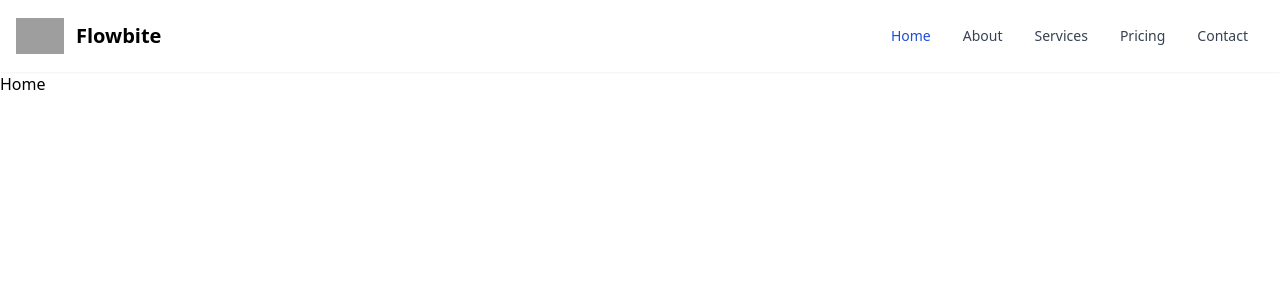
Repository: ducanhaep/react-ts-shopping-cart
Page: /
An editor plug-in stored every save of this project. The page is shown before and after the next save, followed by the edit.
The browser window is 1280 px wide. The pictures show the whole page.
Pictures or frames that could not be fetched are drawn as grey boxes. The project was rebuilt for these pictures with package versions that can differ from the ones it lists, and the page was loaded fresh each time. Also part of the build but not shown: vite.config.ts, src/pages/About.js, src/pages/Store.js.

Above is the page before, as saved 2023-01-11 17:04:16.

### src/App.tsx
import { Routes, Route } from "react-router-dom";
import { About } from "./pages/About";
import { Home } from "./pages/Home";
import { Store } from "./pages/Store";
import { Navbar } from "./components/Navbar";
function App() {
  return (
    <>
      <Navbar />
      <div className="container mb-4">
        <Routes>
          <Route path="/" element={<Home />} />
          <Route path="/store" element={<Store />} />
          <Route path="/about" element={<About />} />
        </Routes>
      </div>
    </>
  );
}

export default App;

### src/index.css
@tailwind base;
@tailwind components;
@tailwind utilities;
:root {
  font-synthesis: none;
  text-rendering: optimizeLegibility;
  -webkit-font-smoothing: antialiased;
  -moz-osx-font-smoothing: grayscale;
  -webkit-text-size-adjust: 100%;
}

/* Box sizing rules */
*,
*::before,
*::after {
  box-sizing: border-box;
}

/* Remove default margin */
body,
h1,
h2,
h3,
h4,
p,
figure,
blockquote,
dl,
dd {
  margin: 0;
}

/* Remove list styles on ul, ol elements with a list role, which suggests default styling will be removed */
ul[role="list"],
ol[role="list"] {
  list-style: none;
}

/* Set core root defaults */
html:focus-within {
  scroll-behavior: smooth;
}

/* Set core body defaults */
body {
  min-height: 100vh;
  text-rendering: optimizeSpeed;
  line-height: 1.5;
}

input,
button,
textarea,
select {
  font: inherit;
}

### src/components/Navbar.tsx
export function Navbar() {
  return (
    <div className=" shadow-sm">
      <nav className="containerbg-white border-gray-200 px-2 sm:px-4 py-2.5 rounded dark:bg-gray-900">
        <div className="container flex flex-wrap items-center justify-between mx-auto">
          <a href="https://flowbite.com/" className="flex items-center">
            <img
              src="https://flowbite.com/docs/images/logo.svg"
              className="h-6 mr-3 sm:h-9"
              alt="Flowbite Logo"
            />
            <span className="self-center text-xl font-semibold whitespace-nowrap dark:text-white">
              Flowbite
            </span>
          </a>
          <button
            data-collapse-toggle="navbar-default"
            type="button"
            className="inline-flex items-center p-2 ml-3 text-sm text-gray-500 rounded-lg md:hidden hover:bg-gray-100 focus:outline-none focus:ring-2 focus:ring-gray-200 dark:text-gray-400 dark:hover:bg-gray-700 dark:focus:ring-gray-600"
            aria-controls="navbar-default"
            aria-expanded="false"
          >
            <span className="sr-only">Open main menu</span>
            <svg
              className="w-6 h-6"
              aria-hidden="true"
              fill="currentColor"
              viewBox="0 0 20 20"
              xmlns="http://www.w3.org/2000/svg"
            >
              <path
                fillRule="evenodd"
                d="M3 5a1 1 0 011-1h12a1 1 0 110 2H4a1 1 0 01-1-1zM3 10a1 1 0 011-1h12a1 1 0 110 2H4a1 1 0 01-1-1zM3 15a1 1 0 011-1h12a1 1 0 110 2H4a1 1 0 01-1-1z"
                clipRule="evenodd"
              />
            </svg>
          </button>
          <div className="hidden w-full md:block md:w-auto" id="navbar-default">
            <ul className="flex flex-col p-4 mt-4 border border-gray-100 rounded-lg bg-gray-50 md:flex-row md:space-x-8 md:mt-0 md:text-sm md:font-medium md:border-0 md:bg-white dark:bg-gray-800 md:dark:bg-gray-900 dark:border-gray-700">
              <li>
                <a
                  href="#"
                  className="block py-2 pl-3 pr-4 text-white bg-blue-700 rounded md:bg-transparent md:text-blue-700 md:p-0 dark:text-white"
                  aria-current="page"
                >
                  Home
                </a>
              </li>
              <li>
                <a
                  href="#"
                  className="block py-2 pl-3 pr-4 text-gray-700 rounded hover:bg-gray-100 md:hover:bg-transparent md:border-0 md:hover:text-blue-700 md:p-0 dark:text-gray-400 md:dark:hover:text-white dark:hover:bg-gray-700 dark:hover:text-white md:dark:hover:bg-transparent"
                >
                  About
                </a>
              </li>
              <li>
                <a
                  href="#"
                  className="block py-2 pl-3 pr-4 text-gray-700 rounded hover:bg-gray-100 md:hover:bg-transparent md:border-0 md:hover:text-blue-700 md:p-0 dark:text-gray-400 md:dark:hover:text-white dark:hover:bg-gray-700 dark:hover:text-white md:dark:hover:bg-transparent"
                >
                  Services
                </a>
              </li>
              <li>
                <a
                  href="#"
                  className="block py-2 pl-3 pr-4 text-gray-700 rounded hover:bg-gray-100 md:hover:bg-transparent md:border-0 md:hover:text-blue-700 md:p-0 dark:text-gray-400 md:dark:hover:text-white dark:hover:bg-gray-700 dark:hover:text-white md:dark:hover:bg-transparent"
                >
                  Pricing
                </a>
              </li>
              <li>
                <a
                  href="#"
                  className="block py-2 pl-3 pr-4 text-gray-700 rounded hover:bg-gray-100 md:hover:bg-transparent md:border-0 md:hover:text-blue-700 md:p-0 dark:text-gray-400 md:dark:hover:text-white dark:hover:bg-gray-700 dark:hover:text-white md:dark:hover:bg-transparent"
                >
                  Contact
                </a>
              </li>
            </ul>
          </div>
        </div>
      </nav>
    </div>
  );
}

### tailwind.config.cjs
/** @type {import('tailwindcss').Config} */
module.exports = {
  content: ["./index.html", "./src/**/*.{js,ts,jsx,tsx}"],
  theme: {
    container: {
      center: true,
    },
    extend: {},
  },
  plugins: [],
};

Loaded but not shown: index.html (common file); src/main.tsx (common file); src/pages/Home.js (common file)

After the next save:
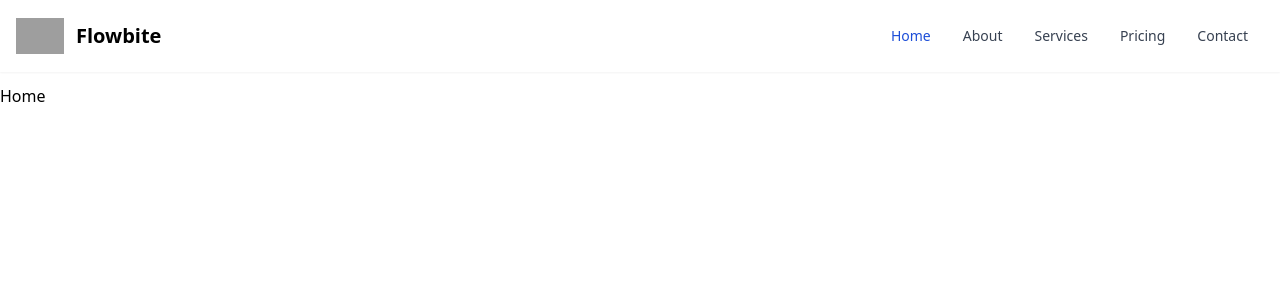
Saved 15 s later.
--- a/src/components/Navbar.tsx
+++ b/src/components/Navbar.tsx
@@ -1,6 +1,6 @@
 export function Navbar() {
   return (
-    <div className=" shadow-sm">
+    <div className="shadow-sm mb-3">
       <nav className="containerbg-white border-gray-200 px-2 sm:px-4 py-2.5 rounded dark:bg-gray-900">
         <div className="container flex flex-wrap items-center justify-between mx-auto">
           <a href="https://flowbite.com/" className="flex items-center">
